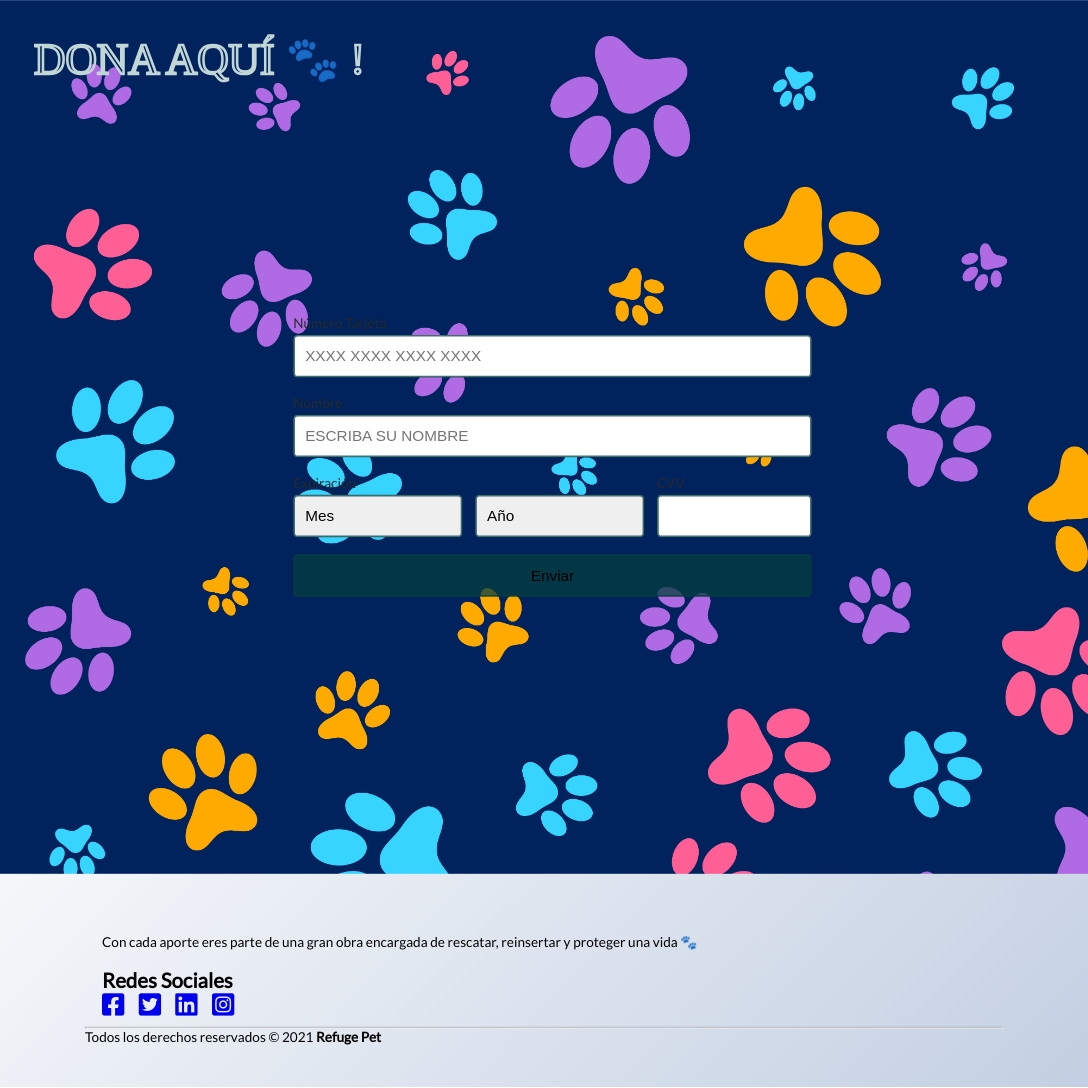
Repository: andreasvidal/SCL019-card-validation
Page: src/views/cardvalidation.html
An editor plug-in stored every save of this project. The page is shown before and after the next save, followed by the edit.
The browser window is 1280 px wide. The pictures show the whole page, at 85% of full size.
Some web fonts or font styles are not loaded; a fallback is used. Some web libraries are served in a nearby version.

Above is the page before, as saved 2022-04-13 09:32:24.

### src/views/cardvalidation.html
<!DOCTYPE html>
<html lang="en">

<head>
    <meta charset="UTF-8">
    <meta http-equiv="X-UA-Compatible" content="IE=edge">
    <meta name="viewport" content="width=device-width, initial-scale=1.0">
    <link rel="preconnect" href="https://fonts.googleapis.com">
    <link rel="preconnect" href="https://fonts.gstatic.com" crossorigin>
    <link href="https://fonts.googleapis.com/css2?family=Lato:ital,wght@0,400;1,700&display=swap" rel="stylesheet">
    <link rel="preconnect" href="https://fonts.googleapis.com">
    <link rel="preconnect" href="https://fonts.gstatic.com" crossorigin>
    <link href="https://fonts.googleapis.com/css2?family=Hurricane&family=Lato:ital,wght@1,700&display=swap" rel="stylesheet">
    <link rel="stylesheet" href="https://use.fontawesome.com/releases/v5.8.1/css/all.css" integrity="sha384-50oBUHEmvpQ+1lW4y57PTFmhCaXp0ML5d60M1M7uH2+nqUivzIebhndOJK28anvf" crossorigin="anonymous">
    <link rel="stylesheet" href="../css/formstyle.css" />
    <link rel="stylesheet" href="../css/style.css">
    <title>Formulario</title>
</head>

<!--contenido principal formulario-->

<body>
    <div class="subtitle">
        <p class="subtitle">DONA AQUÍ 🐾 !</p>

    </div>

    <form id="formValidation" class="form-validation">
        <div class="data-card" id="dataForm">
            <label for="inputNumber">Número Tarjeta</label>
            <input type="text" id="inputNumber" name="number" maxlength="16" autocomplete="off" pattern="[0-9]+" placeholder="XXXX XXXX XXXX XXXX" required/>
            <h5 id="print"> </h5>
        </div>
        <div class="data-card">
            <label for="inputNameUser">Nombre </label>
            <input type="text" id="inputNameUser" name="nameUser" placeholder="Escriba su nombre" required/>
            <h5 id="print"> </h5>
        </div>
        <!--datos expiración tarjeta-->
        <div class="flexbox">
            <div class="data-card expider-date">
                <label for="monthSelect">Expiración</label>
                <div class="flexbox">
                    <div class="data-card-select">
                        <select name="monthSelect" id="monthSelect" required>
              <option disabled selected>Mes</option>
                <option value="1">1</option>
                <option value="2">2</option>
                <option value="3">3</option>
                <option value="4">4</option>
                <option value="5">5</option>
                <option value="6">6</option>
                <option value="7">7</option>
                <option value="8">8</option>
                <option value="9">9</option>
                <option value="10">10</option>
                <option value="11">11</option>
                <option value="12">12</option>
            </select>
                    </div>
                    <div class="data-card-select">
                        <select name="yearSelect" id="yearSelect" required>
            <option disabled selected>Año</option>
                <option value="2">2014</option>
                <option value="5">2015</option>
                <option value="6">2016</option>
                <option value="7">2017</option>
                <option value="8">2018</option>
                <option value="9">2019</option>
                <option value="10">2020</option>
                <option value="11">2021</option>
                <option value="12">2022</option>
          </select>
                    </div>
                </div>
            </div>
            <div class="data-card ccv">
                <label for="inputCcv">CVV</label>
                <input type="text" id="inputCcv" name="inputCcv" maxlength="3" required>
            </div>
        </div>
        <button type="submit" value="sendForm" class="btn-send" id="sendForm">Enviar</button>


    </form>
    <footer>
        <div class="container__footer">
            <div class="box__footer">
                <div class="terms">
                    <p>Con cada aporte eres parte de una gran obra encargada de rescatar, reinsertar y proteger una vida 🐾
                    </p>
                </div>
            </div>
            <div class="box__footer">
                <h2>Redes Sociales</h2>
                <a href="#"> <i class="fab fa-facebook-square"></i></a>
                <a href="#"><i class="fab fa-twitter-square"></i></a>
                <a href="#"><i class="fab fa-linkedin"></i></a>
                <a href="#"><i class="fab fa-instagram-square"></i></a>
            </div>
        </div>
        <div class="box__copyright">
            <hr>
            <p>Todos los derechos reservados © 2021 <b>Refuge Pet</b></p>
        </div>
    </footer>
    <!-- jQuery-->
    <script src="https://ajax.googleapis.com/ajax/libs/jquery/3.6.0/jquery.min.js"></script>
    <!--materialize -->
    <!--JS-->
    <script src="../js/index.js" type="module"></script>

</body>

</html>

### src/css/formstyle.css
* {
    padding: 0;
    margin: 0;
    box-sizing: border-box;
}

body {
    font-family: 'Lato', 'sans-serif';
    background-image: url(../assets/img/fondopatas.jpg);
    background-size: cover;
    background-repeat: no-repeat;
}


/*estilos formulario validacion*/

.form-validation {
    background: blur;
    color: beige;
    width: 100%;
    max-width: 700px;
    padding: 150px 45px;
    margin-left: 300px;
    border-radius: 10px;
    position: relative;
    top: 80px;
    z-index: 1;
}

.form-validation label {
    display: block;
    color: rgb(38, 41, 41);
    margin-bottom: 5px;
    font-size: 16px;
}

.form-validation input,
.form-validation select,
.btn-send {
    border: 2px solid rgba(4, 63, 63, 0.753);
    font-size: 18px;
    height: 50px;
    width: 100%;
    padding: 5px 12px;
    border-radius: 5px;
}

.form-validation input:hover,
.form-validation select:hover {
    border: 2px solid rgb(23, 24, 24);
}

.form-validation input:focus,
.form-validation select:focus {
    outline: rgb(173, 182, 182);
    box-shadow: 0 8px 8px 0 rgba(32, 38, 46, 0.3);
}

.form-validation input {
    margin-bottom: 20px;
    text-transform: uppercase;
}

.form-validation .flexbox {
    display: flex;
    justify-content: space-between;
}

.form-validation .expider-date {
    width: 100%;
}

.form-validation .ccv {
    min-width: 10px;
}

.form-validation .data-card-select {
    width: 100%;
    margin-right: 15px;
    position: relative;
}

.form-validation select {
    -webkit-appearance: none;
}


/*backgrond btn enviar*/

.btn-send {
    background: rgba(4, 63, 63, 0.753);
    ;
}

#print {
    color: rgb(38, 41, 41);
    font-size: 16px;
}


/*footer*/

.terms {
    height: 30px;
    margin-bottom: 50px;
}

footer {
    width: 100%;
    padding: 50px 100px;
    margin-top: 20%;
    background-size: cover;
    /*background: rgb(58, 89, 180);*/
    background-image: linear-gradient(135deg, #f5f7fa 0%, #c3cfe2 100%);
}

.box__footer {
    padding: 20px;
    height: 10px;
}

.fab {
    padding-right: 40px;
    width: 20px;
    height: 20px;
    font-size: 30px;
}

.box__copyright {
    padding-top: 50px;
}

### src/css/style.css
 * {
     padding: 0;
     margin: 0;
     box-sizing: border-box;
 }

 body {
     font-family: 'Lato', 'sans-serif';
     background-image: url(../assets/img/fondopatas.jpg);
 }
 /*estilo titulo*/

 .title-h1 {
     font-family: 'Raleway', sans-serif;
     text-decoration: underline overline wavy rgba(183, 0, 255, 0.514);
     padding: 40px 100px;
     color: rgb(74, 80, 80);
     display: flex;
     flex-direction: column;
     align-items: center;
     box-shadow: 0 10px 10px 0 rgba(90, 116, 148, 0.3);
     background-image: linear-gradient(135deg, #f5f7fa 0%, #c3cfe2 100%);
     font-size: 8vw;
 }

 .subtitle {
     font-family: 'Shadows Into Light', cursive;
     padding: 20px 20px;
     color: rgb(74, 80, 80);
     font-size: 4vw;
     -webkit-text-fill-color: transparent;
     -webkit-text-stroke: 3px rgb(195, 214, 214);
 }

 .img-banner {
     display: flex;
     height: 500px;
     z-index: -1;
     flex-direction: row;
     margin-left: 50px;
     align-items: center;
     margin-bottom: -50px;
     border-radius: 15px;
 }
 /*contenedor tarjeta*/

 .container {
     width: 90%;
     max-width: 1000px;
     padding: 20px 60px;
     margin: auto;
     display: flex;
     /* deja los elementos en forma de columna*/
     flex-direction: column;
     /*align-items no sirve para centrar de forma vertical (se utiliza justify), se utiliza al cambiar la dirección con flex-direction*/
     align-items: center;
 }
 /*estilo tarjeta*/

 .card {
     padding-top: 30px;
     width: 100%;
     max-width: 550px;
     position: relative;
     color: rgb(37, 36, 36);
     cursor: pointer;
 }

 .card>div {
     padding: 30px;
     border-radius: 15px;
     min-height: 315px;
     display: flex;
     flex-direction: column;
     justify-content: space-between;
     box-shadow: 0 10px 10px 0 rgba(90, 116, 148, 0.822);
 }

 .style-card {
     width: 100%;
     background: url(../assets/img/background-card/bg-img-2.jpg);
     background-size: cover;
 }
 /*para mantener el espeacio de la imagen logo (contenedor vacio)*/

 .style-card .logo-card {
     text-align: right;
     min-height: 50px;
 }

 .style-card .logo-card img {
     width: 100%;
     height: 100%;
     object-fit: cover;
     max-width: 80px;
 }

 .style-card .chip-card {
     width: 100%;
     max-width: 50px;
     margin-bottom: 20px;
 }

 .style-card .form-group .card-label {
     font-size: 16px;
     color: rgb(115, 131, 131);
     margin-bottom: 5px;
 }

 .style-card .card-group .number-card,
 .style-card .card-group .name-card,
 .style-card .card-group .expider {
     /*color: rgb(74, 80, 80);*/
     font-size: 22px;
     text-transform: uppercase;
 }

 .style-card .flexbox {
     display: flex;
     justify-content: space-between;
     margin-top: 20px;
 }
 /*btn abrir formulario*/

 .btn-open {
     color: rgb(195, 214, 214);
     box-shadow: 0 10px 10px 0 rgba(90, 116, 148, 0.3);
     background: rgba(183, 0, 255, 0.514);
     width: 50px;
     height: 50px;
     margin-top: -10px;
     border-radius: 100%;
     z-index: 2;
 }

 .btn-open:hover {
     opacity: 0.50;
     -moz-opacity: .50;
     filter: alpha (opacity=50);
 }

 .btn-open {
     text-decoration: none;
     padding-top: 15px;
     text-align: center;
 }
 /*footer*/

 .terms {
     height: 30px;
     margin-bottom: 50px;
 }

 footer {
     width: 100%;
     padding: 50px 100px;
     margin-top: 20%;
     background-size: cover;
     /*background: rgb(58, 89, 180);*/
     background-image: linear-gradient(135deg, #f5f7fa 0%, #c3cfe2 100%);
     box-shadow: 0 10px 10px 0 rgba(90, 116, 148, 0.3);
 }

 .box__footer {
     padding: 20px;
     height: 10px;
 }

 .fab {
     padding-right: 40px;
     width: 20px;
     height: 20px;
     font-size: 30px;
 }

 .box__copyright {
     padding-top: 50px;
 }

### src/js/index.js
/*import validator from '../js/validator.js';

//Llamando al DOM

const btnForm = document.getElementById("sendForm");
const form = document.getElementById("#formValidation");
btnForm.addEventListener('click', function(e) {
    e.preventDefault();
    let creditCardNumber = document.getElementById('inputNumber').value;
    let maskified = validator.maskify(creditCardNumber);
    if (creditCardNumber === "") {
        return document.getElementById("print").innerHTML = "Reingrese su número de tarjeta sin espacios ni carácteres especiales";
    } else {
        return document.getElementById("print").innerHTML = "Tu tarjeta N° " + maskified + " es válida";
    }
})


// inputName solo letras, inputCcv y inputNumber  solo numeros
let inputNumber = document.getElementById('inputNumber');
let inputName = document.getElementById('inputNameUser');
let inputCcv = document.getElementById('inputCcv');

const onlyNum = /[^0-9]/g;
const onlypLet = /[^a-zA-ZÑñáéíóúÁÉÍÓÚ\s]*$/g;
inputNumber.addEventListener('input', function() {
    inputNumber.value = inputNumber.value.replace(onlyNum, '');
});
inputName.addEventListener('input', function() {
    inputName.value = inputName.value.replace(onlypLet, '');
});
inputCcv.addEventListener('input', function() {
    inputCcv.value = inputCcv.value.replace(onlyNum, '');
});

// mes y años
for (let i = 1; i <= 12; i++) {
    let optionDate = document.createElement('option');
    optionDate.value = i;
    optionDate.innerText = i;
    form.monthSelect.appendChild(optionDate);
}

// * Select del año generado dinamicamente.
const yearActual = new Date().getFullYear();
for (let i = yearActual; i <= yearActual + 8; i++) {
    let optionDate = document.createElement('option');
    optionDate.value = i;
    optionDate.innerText = i;
    optionDate.selectYear.appendChild(optionDate);
}*/

After the next save:
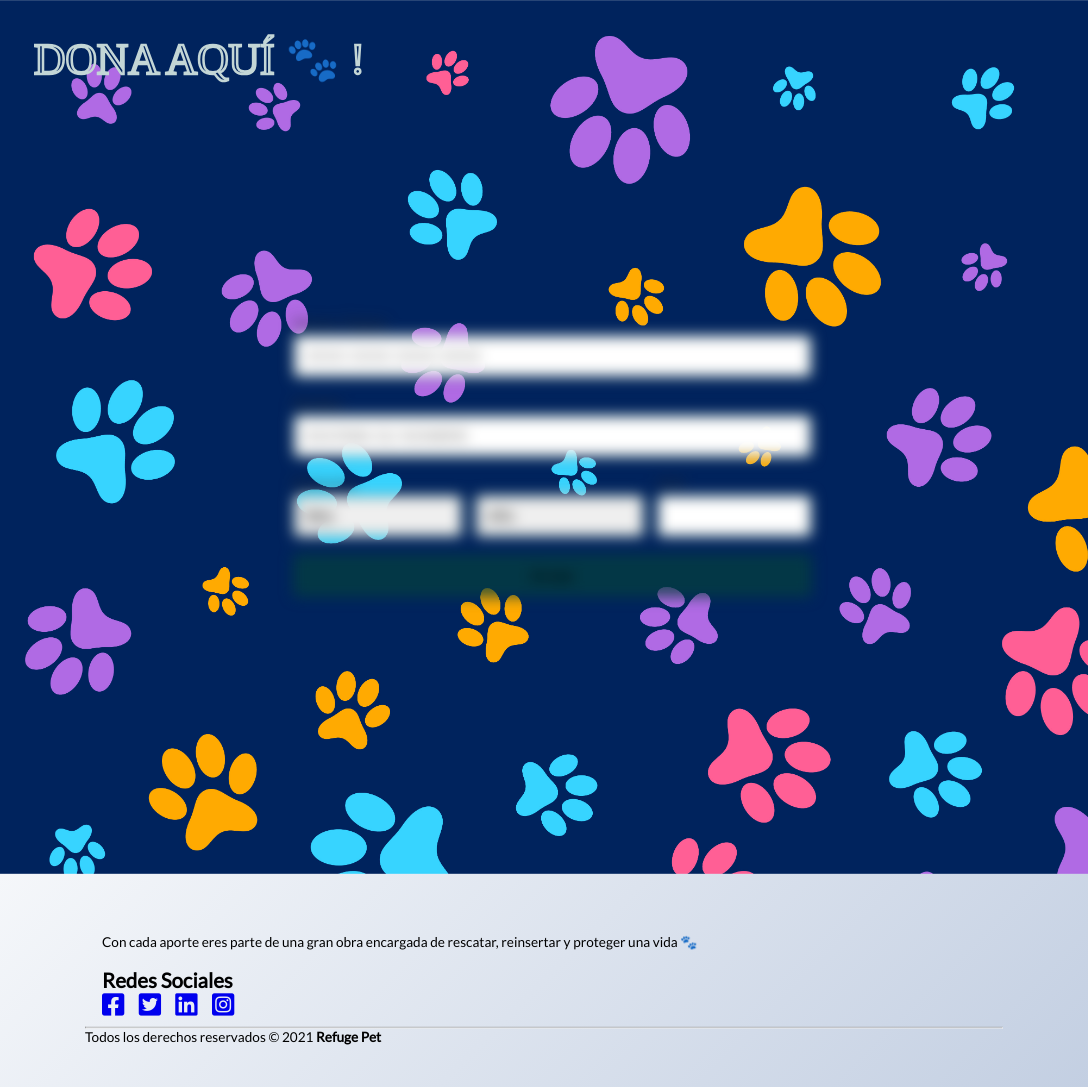
Saved 13 s later.
--- a/src/css/formstyle.css
+++ b/src/css/formstyle.css
@@ -25,6 +25,8 @@
     position: relative;
     top: 80px;
     z-index: 1;
+    filter: blur(8px);
+    -webkit-filter: blur(8px);
 }
 
 .form-validation label {

After the save that followed:
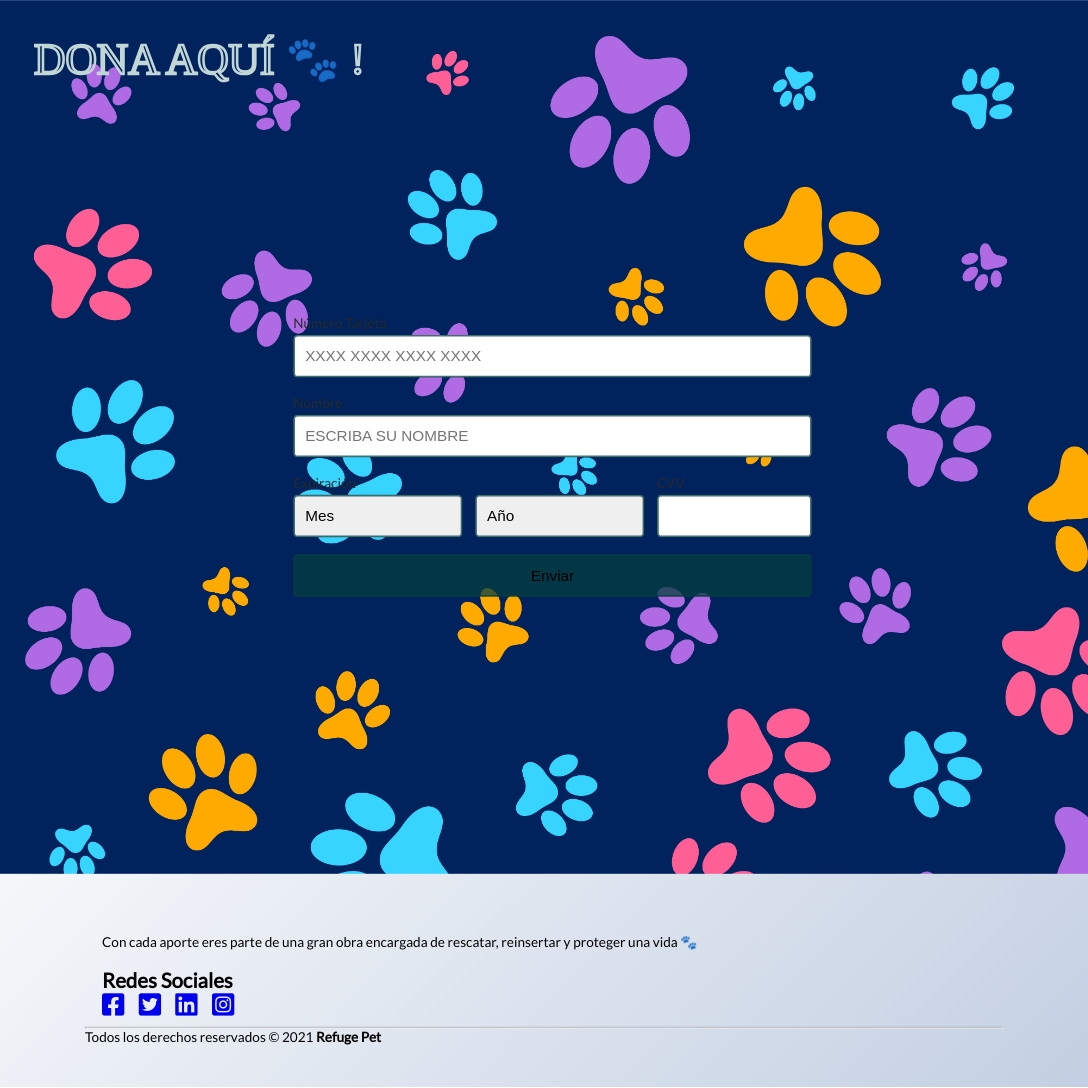
Saved 41 s later.
--- a/src/css/formstyle.css
+++ b/src/css/formstyle.css
@@ -25,8 +25,6 @@
     position: relative;
     top: 80px;
     z-index: 1;
-    filter: blur(8px);
-    -webkit-filter: blur(8px);
 }
 
 .form-validation label {
